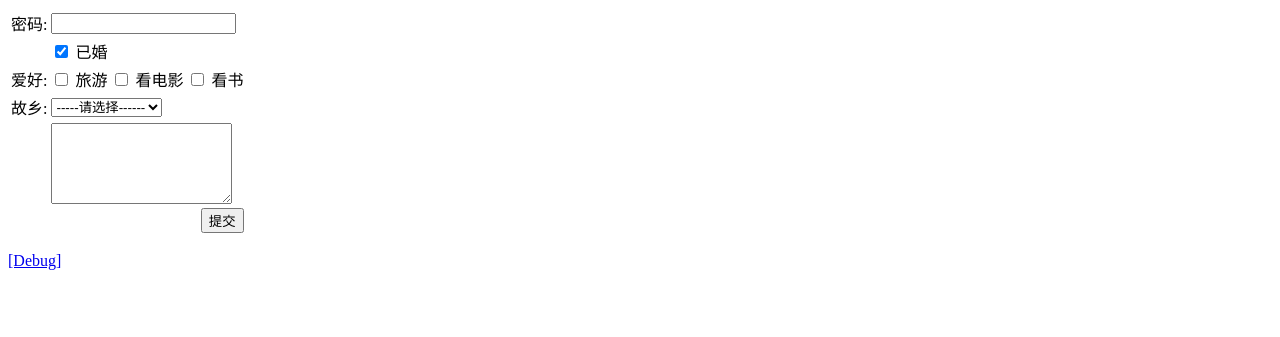
Repository: yanbin0061/JAVA
Page: http://localhost/struts_checkbox/customerbox.jsp
The author's editor kept a copy of each file at every save. The page is drawn from the files as they stood at one save, then again after the next save.
The browser window is 1280 px wide. The pictures show the whole page.
The page is served by Tomcat 9.

Above is the page before, as saved 2017-04-12 06:13:45.

After the next save:
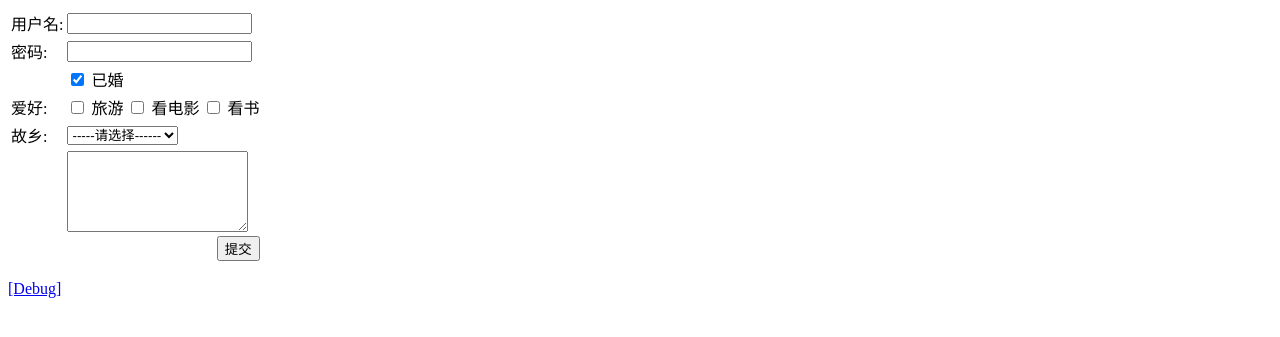
Saved 23 s later.
--- a/taotaoProgram/javaTest/struts_checkbox/WebContent/customerbox.jsp
+++ b/taotaoProgram/javaTest/struts_checkbox/WebContent/customerbox.jsp
@@ -19,6 +19,7 @@
         <s:checkboxlist name="hobby" list=""/>
         <s:submit value="提交"/>
     --%>
+    <s:textfield name="name" label="用户名"/>
     <s:password name="password" label="密码"/>
     <s:checkbox name="married" label="已婚" value="true"></s:checkbox>
     <s:checkboxlist name="hobby" list="{'旅游','看电影','看书'}" label="爱好"></s:checkboxlist>
